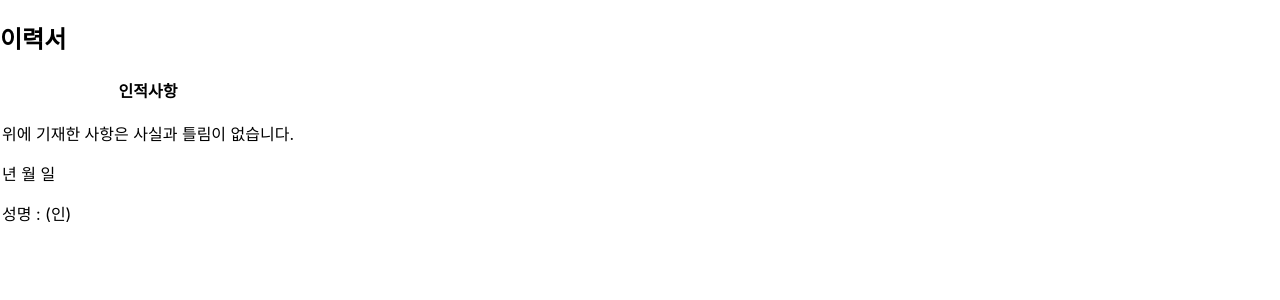
Repository: jiyeonyun/Resume
Page: / (app in resumes/)
The author's editor kept a copy of each file at every save. The page is drawn from the files as they stood at one save, then again after the next save.
The browser window is 1280 px wide. The pictures show the whole page.
The project was rebuilt for these pictures with package versions that can differ from the ones it lists, and the page was loaded fresh each time. Also part of the build but not shown: resumes/src/App.module.css.

Above is the page before, as saved 2022-05-25 14:17:44.

### resumes/src/App.jsx
import styles from "./App.module.css";
import Educational from "./components/educationalHIstory/educational";
import Footer from "./components/footer/footer";
import Header from "./components/header/header";
import PersonalInfo from "./components/personalInfo/personalInfo";
function App() {
  return (
    <div className="App">
      <Header />
      <table>
        <PersonalInfo />
        <Educational />
        <Footer />
      </table>
    </div>
  );
}

export default App;

### resumes/src/components/educationalHIstory/educational.jsx
import React from "react";
import edudata from "../../data/edudata";
const Educational = (props) => {
  console.log(edudata);
  return <></>;
};

export default Educational;

### resumes/src/components/footer/footer.jsx
import React from "react";

const Footer = (props) => {
  return (
    <tfoot>
      <p>위에 기재한 사항은 사실과 틀림이 없습니다.</p>
      <p>년 월 일</p>
      <p>성명 : (인) </p>
    </tfoot>
  );
};

export default Footer;

### resumes/src/components/header/header.jsx
import React from "react";

const Header = (props) => {
  return (
    <header>
      <h2>이력서</h2>
    </header>
  );
};

export default Header;

### resumes/src/components/personalInfo/personalInfo.jsx
import React from "react";

const PersonalInfo = (props) => {
  return (
    <thead>
      <tr>
        <th>인적사항</th>
      </tr>
    </thead>
  );
};

export default PersonalInfo;

### resumes/src/data/edudata.js
export default [
  {
    date: "2014.03 ~ 2017.02",
    content: "@@ 고등학교",
    grade: "인문계",
    gradu: true,
  },
  {
    date: "2017.03 ~ 2020.08",
    content: "@@ 대학교 경영정보학 전공",
    grade: "4.0/4.5",
    gradu: true,
  },
  {
    date: "2020.09 ~ 2023.09",
    content: "@@ 대학교 @@ 대학원 경영정보학 전공",
    grade: "4.0/4.5",
    gradu: true,
  },
];

Loaded but not shown: resumes/public/index.html (common file); resumes/src/index.js (common file); resumes/src/index.css (common file); resumes/src/reportWebVitals.js (common file)

After the next save:
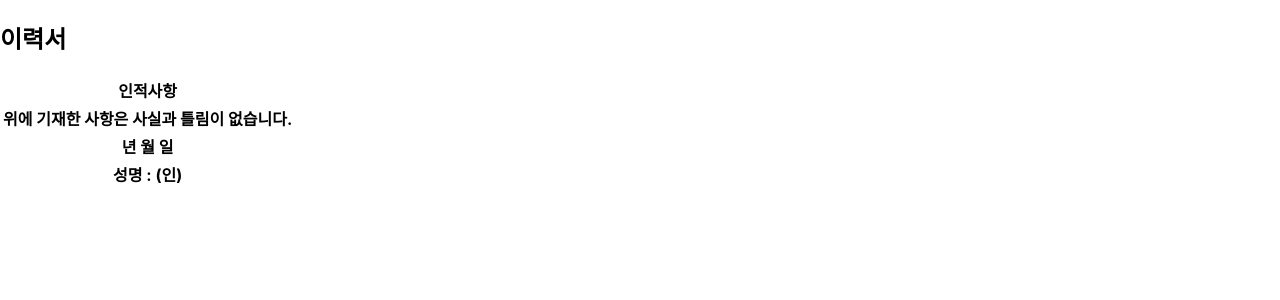
Saved 2 min 39 s later.
--- a/resumes/src/components/footer/footer.jsx
+++ b/resumes/src/components/footer/footer.jsx
@@ -3,9 +3,15 @@ import React from "react";
 const Footer = (props) => {
   return (
     <tfoot>
-      <p>위에 기재한 사항은 사실과 틀림이 없습니다.</p>
-      <p>년 월 일</p>
-      <p>성명 : (인) </p>
+      <tr>
+        <th>위에 기재한 사항은 사실과 틀림이 없습니다.</th>
+      </tr>
+      <tr>
+        <th>년 월 일</th>
+      </tr>
+      <tr>
+        <th>성명 : (인) </th>
+      </tr>
     </tfoot>
   );
 };
